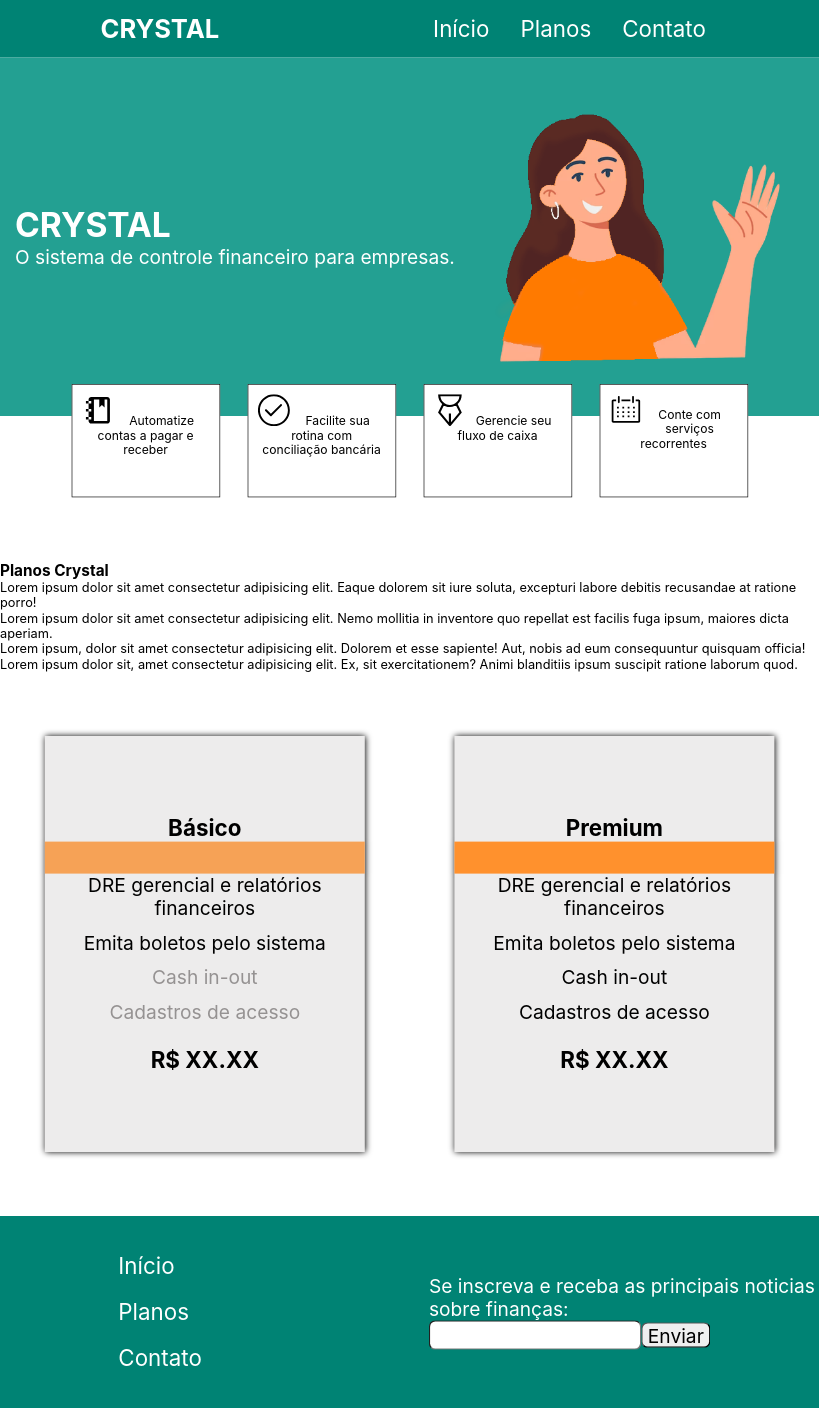
Repository: Matheus904-12/Crystallize
Page: index.html
An editor plug-in stored every save of this project. The page is shown before and after the next save, followed by the edit.
The browser window is 1280 px wide. The pictures show the whole page, at 64% of full size.
Some web fonts or font styles are not loaded; a fallback is used.

Above is the page before, as saved 2023-07-24 20:19:19.

### index.html
<!DOCTYPE html>
<html lang="pt-br">

<head>
    <meta charset="UTF-8">
    <meta name="viewport" content="width=device-width, initial-scale=1.0">

    <title>Crystal</title>

    <link rel="stylesheet" href="style.css">

</head>

<body>

    <header id="header">

        <h1 class="textoBranco logo">
            CRYSTAL
        </h1>

        <div class="textoBranco links">
            <a href="#header" class="paginas">Início</a>
            <a href="#planosOPC" class="paginas">Planos</a>
            <a href="contato.html" class="paginas">Contato</a>
        </div>

    </header>
    <section class="destaque">
        <div id="textLateral">
            <div class="textoBranco" id="titulo">
                <h1>CRYSTAL</h1>
            </div>
            <div class="textoBranco">
                <p>O sistema de controle financeiro para empresas.</p>
            </div>
        </div>
        <div class="textoBranco">
            <img src="mulher.png" alt="mulher acenando">
        </div>
    </section>
    <div class="boxes">
        <div class="box">
            <img src="planner.svg" alt="Logotipo">
            <h1></h1>
            <p>Automatize contas a pagar e receber</p>
        </div>
        <div class="box">
            <img src="check.svg" alt="Logotipo">
            <h1></h1>
            <p>Facilite sua rotina com conciliação bancária</p>
        </div>
        <div class="box">
            <img src="caneta.svg" alt="Logotipo">
            <h1></h1>
            <p>Gerencie seu fluxo de caixa</p>
        </div>
        <div class="box">
            <img src="calendario.svg" alt="Logotipo">
            <h1></h1>
            <p style="margin-top: 20px;">Conte com serviços recorrentes</p>
        </div>
    </div>

    <section id="planosOpc">
        <h1 class="textoPadrao planoTitulo">
            Planos Crystal
        </h1>
        <div class="textoPadrao planoTexto">
            <p>Lorem ipsum dolor sit amet consectetur adipisicing elit. Eaque dolorem sit iure soluta, excepturi labore debitis recusandae at ratione porro!</p>
            <p>Lorem ipsum dolor sit amet consectetur adipisicing elit. Nemo mollitia in inventore quo repellat est facilis fuga ipsum, maiores dicta aperiam.</p>
            <p>Lorem ipsum, dolor sit amet consectetur adipisicing elit. Dolorem et esse sapiente! Aut, nobis ad eum consequuntur quisquam officia!</p>
            <p>Lorem ipsum dolor sit, amet consectetur adipisicing elit. Ex, sit exercitationem? Animi blanditiis ipsum suscipit ratione laborum quod.</p>
        </div>
    </section>

    <nav class="opcoes">
        <div class="basic">
            <h2>Básico</h2>
            <div class="faixaBasic"></div>
            <p class="textoPadrao">DRE gerencial e relatórios financeiros</p>
            <br>
            <p class="textoPadrao">Emita boletos pelo sistema</p>
            <br>
            <p class="textoPadrao desativado">Cash in-out</p>
            <br>
            <p class="textoPadrao desativado">Cadastros de acesso</p>
            <br>
            <br>
            <h2>R$ XX.XX</h2>
        </div>

        <div class="premium">
            <h2>Premium</h2>
            <div class="faixa"></div>
            <p class="textoPadrao">DRE gerencial e relatórios financeiros</p>
            <br>
            <p class="textoPadrao">Emita boletos pelo sistema</p>
            <br>
            <p class="textoPadrao">Cash in-out</p>
            <br>
            <p class="textoPadrao">Cadastros de acesso</p>
            <br>
            <br>
            <h2>R$ XX.XX</h2>

        </div>
    </nav>

    <footer>
        <div class="textoBranco coluna">
            <a href="#header" class="paginasVertical">Início</a>
            <a href="#planosOPC" class="paginasVertical">Planos</a>
            <a href="contato.html" class="paginasVertical">Contato</a>
        </div>

        <div id="inscrever">
            <div class="coluna">
                <p class="textoBranco" id="inscricao">Se inscreva e receba as principais noticias sobre finanças:</p>
                <br>
                <br>
                <br>
                <br>
                <div class="inscreverse">
                    <input id="email" type="email">

                    <button id="enviar">Enviar</button>
                </div>
            </div>
        </div>
    </footer>
</body>

</html>

### style.css
/* RESET */

* {
    margin: 0;
}

/* FIM RESET */

/* PADRAO */

@font-face {
    font-family: "inter";
    src: url(atributos/fontInter/Inter-VariableFont_slnt\,wght.ttf);
}

h2 {
    font-size: 35px;
    font-family: "inter";
}

.textoBranco {
    font-family: "inter";
    color: #fff;
    font-size: 30px;
}

.textoPadrao {
    font-family: "inter";
    font-size: 30px;
}

html {
    scroll-behavior: smooth;
}

/* FIM PADRAO */


/* HEADER */

#header {
    background-color: #008374;
    width: 100vw;
    height: 90px;

    display: flex;
    justify-content: space-around;
    align-items: center;

}

.logo {
    font-size: 40px;
    color: #fff;
  }



.paginas {
    font-size: 35px;
    color: #fff;
    text-decoration: none;
    padding: 0px 20px;
}

/* FIM HEADER */

/* DESTAQUE */

.destaque {
    display: flex;
    align-items: center;
    justify-content: space-around;
    width: 100vw;
    height: 560px;

    background-color: #23A092;
}

#titulo {
    font-family: "inter";
    font-size: 35px;

}

/* FIM DESTAQUE*/










/* PLANOS */

.planosOpc {
    position: absolute;
    display: flex;
    width: 100px;
    height: 200px;
    font-size: 18px;
    flex-wrap: wrap;
  }

  .planoTitulo {
    font-size: 24px;
    width: 100%;
    text-align: left;
  }

  .planoTexto {
    padding: 0px -49px 0px 50px;
    font-size: 20px;
    width: 100%;
    text-align: left;
    word-wrap: wrap;
  }
/* FIM PLANOS */

/* OPCOES */

.opcoes {
    padding: 100px 0px;
    width: 100vw;
    display: flex;
    justify-content: space-around;
    text-align: center;
}

.faixa {
    width: 500px;
    height: 50px;

    background-color: #FF912D;
}

.faixaBasic {
    width: 500px;
    height: 50px;

    background-color: #F6A256;
}



.basic {
            background-color: #EDECEC;

            width: 500px;
            height: 650px;

            display: flex;
            justify-content: center;
            flex-direction: column;

            filter: drop-shadow(1px 0px 5px #000000);

        }

.desativado {
    color: #959292;
}

.premium {
            background-color: #EDECEC;

            width: 500px;
            height: 650px;

            display: flex;
            justify-content: center;
            flex-direction: column;

            filter: drop-shadow(1px 0px 5px #000000);
        }
/* FIM OPCOES */
/* RODAPE */

footer {
    width: 100vw;
    height: 300px;

    display: flex;
    align-items: center;
    justify-content: space-around;

    background-color: #008374;
}

 .coluna {
    display: flex;
    flex-direction: column;}


.paginasVertical {
    padding: 15px;
    font-size: 35px;
    color: #fff;
    text-decoration: none;
}

#inscrever {
    width: 440px;
    height: 300px;

    flex-direction: column;
    display: flex;
    align-content: center;
    justify-content: space-around;

}

#inscricao {
    position: absolute;
}

#email {
    width: 400px;
    height: 40px;
    border-radius: 10px;
}

#enviar {
    width: 130px;
    height: 40px;

    border-radius: 10px;
    font-size: 30px;
    font-family: "inter";
}

.inscreverse {
    display: flex;
    align-items: center;
}
/*Caxinhas*/
.box {
    width: 200px;
    height: 145px;
    border: 1px solid black;
    padding: 15px;
    margin: 10px;
    margin-top: -50px;
    background-color: #FFF;
  }

  .box h1 {
    font-size: 20px;
    font-weight: bold;
  }

  .box p {
    color: #000;
    font-family: Inter;
    font-size: 19px;
    font-style: normal;
    font-weight: 400;
    line-height: normal;
    margin-top: 30px;
    text-align: center;
  }

  .box img {
    width: 50px;
    height: 50px;
    float:inline-start;
    margin-right: 10px;
    margin-top: 80px;
  }

  .boxes {
    display: flex;
    justify-content: space-around;
    align-items: center;
    padding: 90px;
    margin-top: -90px;
  }

  .box img {
    display: block;
    margin: 0 auto;
  }

  .box {
    display: inline-block;
  }

  /* INFORMACOES */

.info {
    display: flex;
    flex-direction: column;

    margin: 100px 500px

}

.comoContatar {
    margin: 100px 100px
}
/* FIM INFORMACOES */

After the next save:
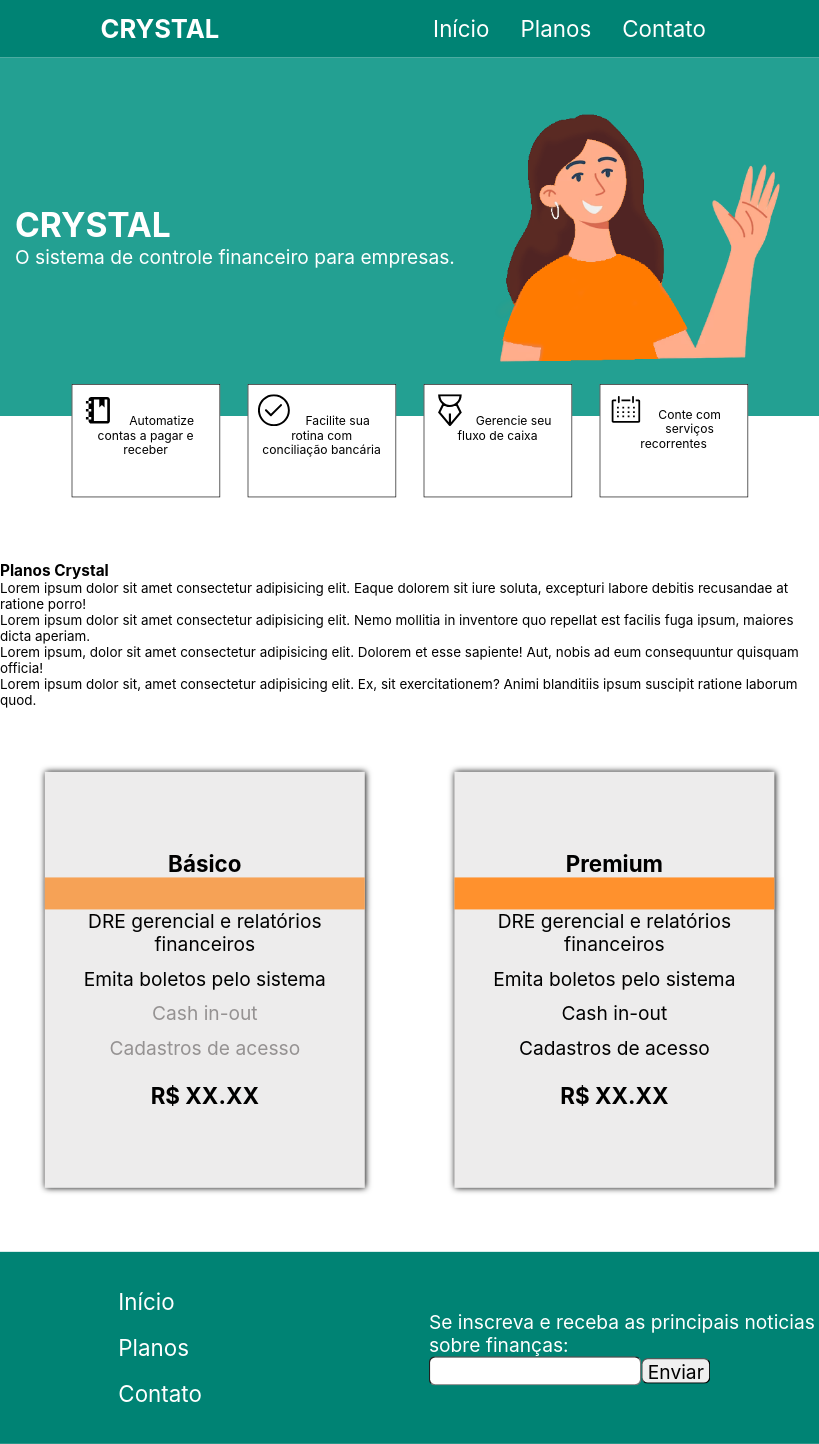
Saved 15 s later.
--- a/style.css
+++ b/style.css
@@ -113,7 +113,7 @@ html {
 
   .planoTexto {
     padding: 0px -49px 0px 50px;
-    font-size: 20px;
+    font-size: 21px;
     width: 100%;
     text-align: left;
     word-wrap: wrap;
